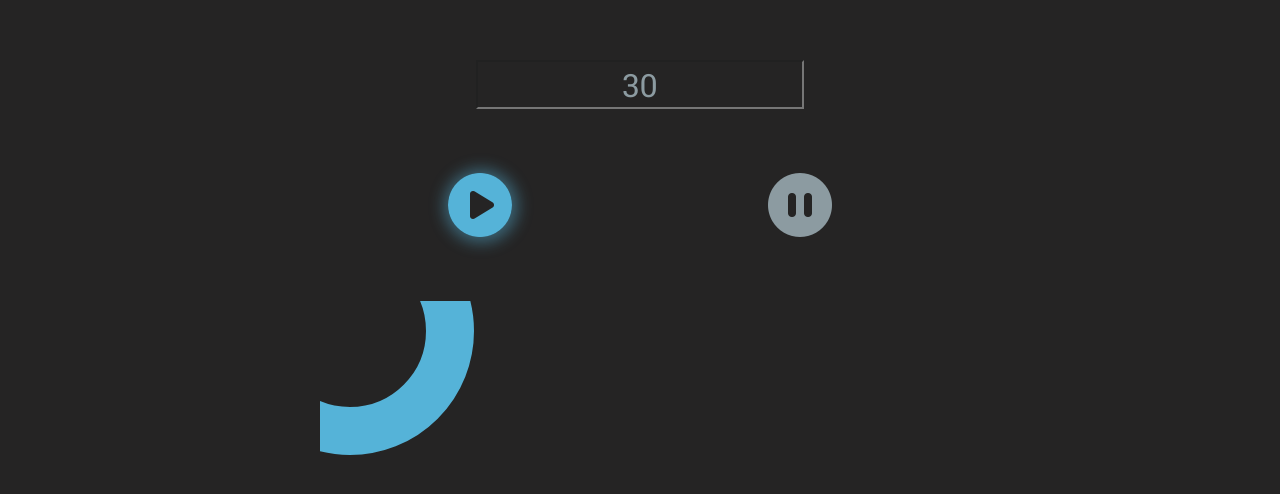
Repository: Sbethm/javascript-challenges
Page: index.html
The author's editor kept a copy of each file at every save. The page is drawn from the files as they stood at one save, then again after the next save.
The browser window is 1280 px wide. The pictures show the whole page.
Some web libraries are served in a nearby version. The style sheet was rebuilt from its Sass, Less or Tailwind sources for each picture, by a compiler version that may differ from the author's.

Above is the page before, as saved 2021-09-17 15:41:48.

After the next save:
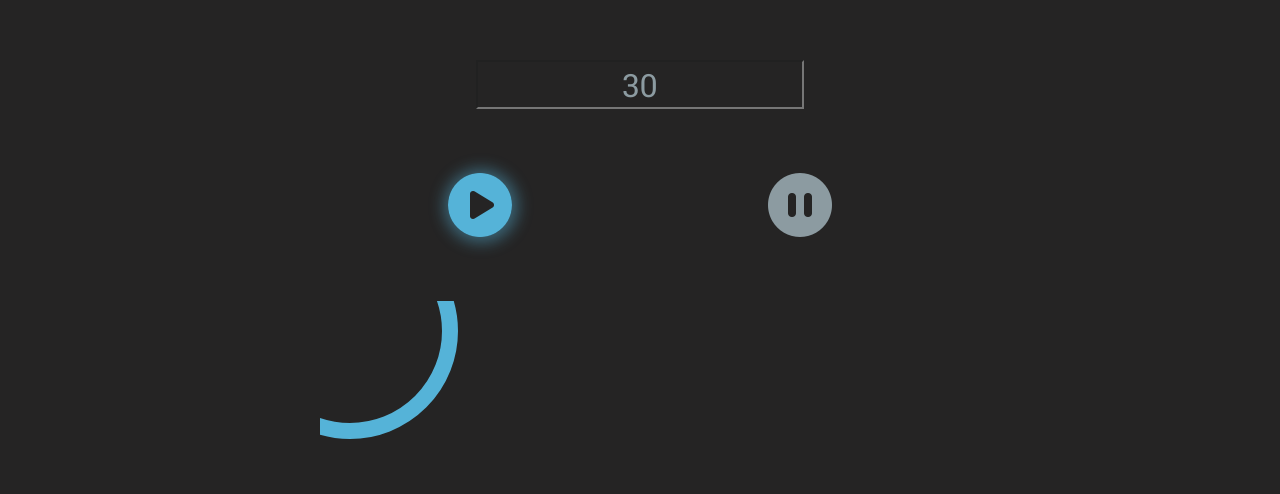
Saved 8 s later.
--- a/SCSS/main.scss
+++ b/SCSS/main.scss
@@ -35,7 +35,7 @@ svg{
     & circle {
         fill: rgb(37, 36, 36);
         stroke: $activeColor;
-        stroke-width: 3rem;
+        stroke-width: 1rem;
     }
 }
 
